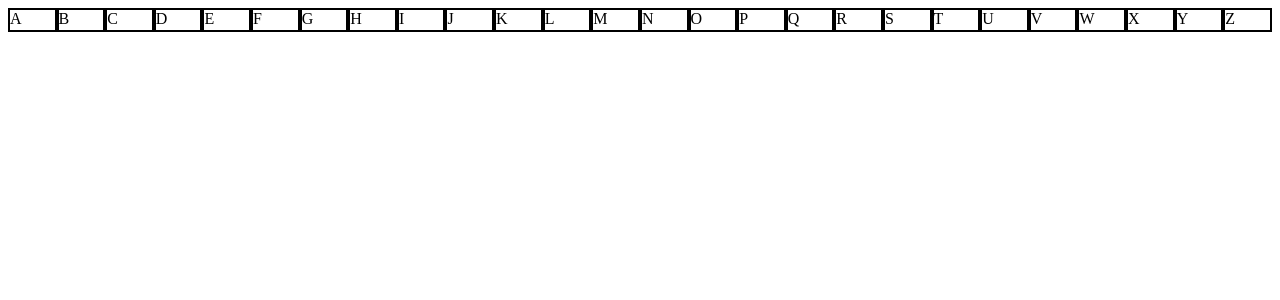
Repository: jcohenp/DI_Exercises
Page: W3/D3/normal/ex_1/index (1).html
The author's editor kept a copy of each file at every save. The page is drawn from the files as they stood at one save, then again after a run of saves.
The browser window is 1280 px wide. The pictures show the whole page.

Above is the page before, as saved 2020-08-25 22:28:17.

After the next 2 saves:
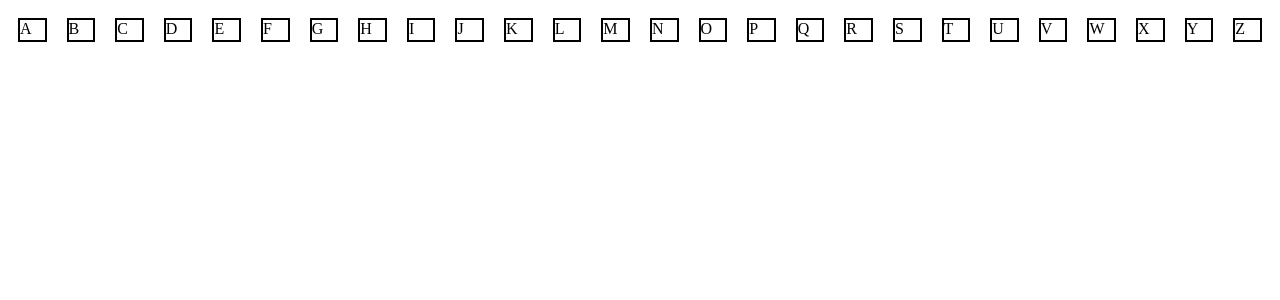
The 2 saves are shown as one change because they came seconds apart.
The last was saved 19 s later.
--- a/W3/D3/normal/ex_1/js/script2.js
+++ b/W3/D3/normal/ex_1/js/script2.js
@@ -15,6 +15,7 @@
     box.classList.add("dropzone")
     box.style.width = "50px";
     box.style.height = "20px";
+    box.style.margin = "10px";
     box.style.border = "2px solid black";
     box.innerHTML = String.fromCharCode(65 + boxnr)
     parent.appendChild(box);
